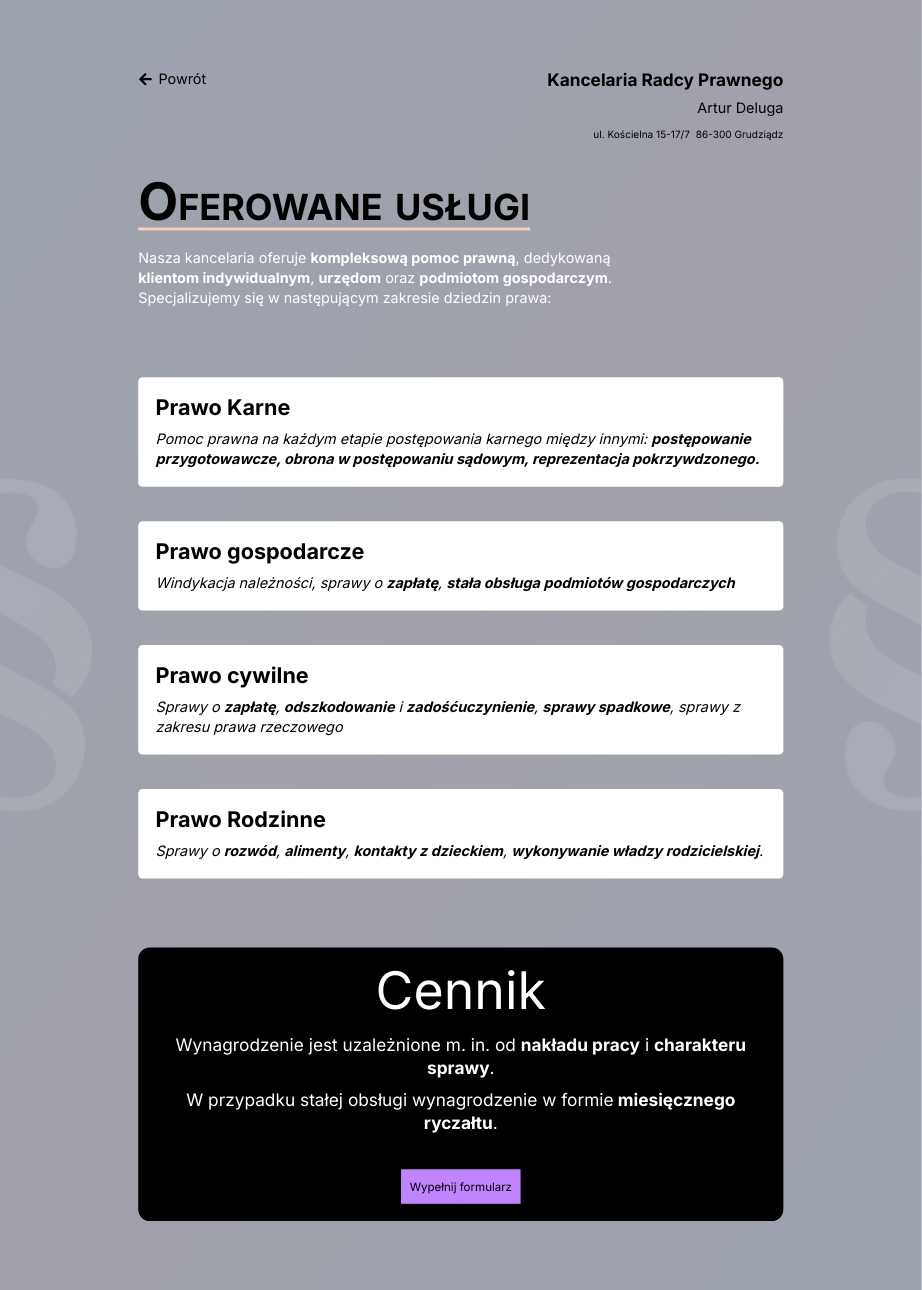
Repository: wesiudev/kancelaria-artur-deluga
Page: /oferta
An editor plug-in stored every save of this project. The page is shown before and after the next save, followed by the edit.
The browser window is 1280 px wide. The pictures show the whole page, at 72% of full size.
The project was rebuilt for these pictures with package versions that can differ from the ones it lists, and the page was loaded fresh each time. The framework's server and built-in components were replaced by stand-ins that run in the browser. Also part of the build but not shown: next.config.js.

Above is the page before, as saved 2023-08-09 16:40:20.

After the next save:
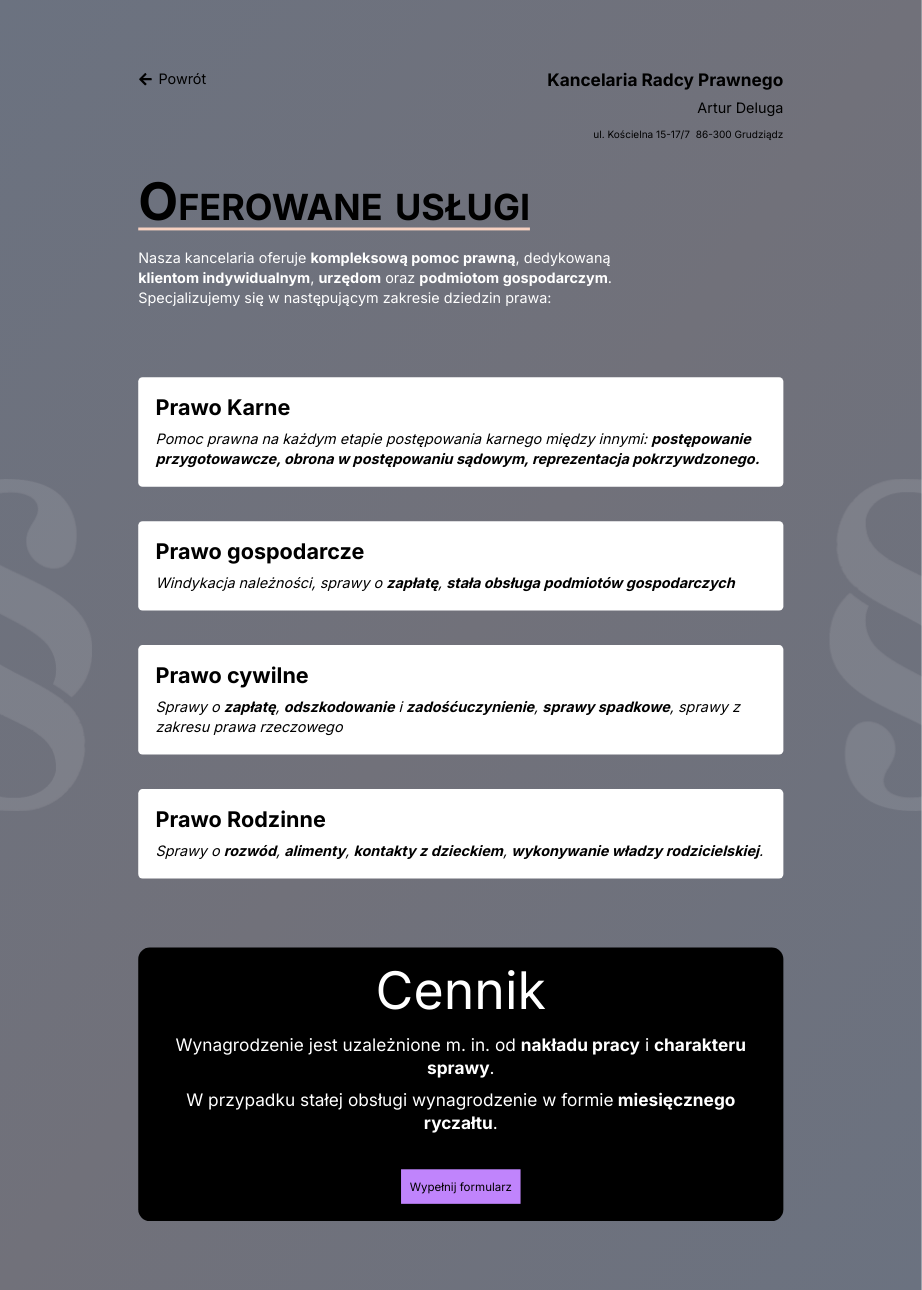
Saved 21 s later.
--- a/app/oferta/page.tsx
+++ b/app/oferta/page.tsx
@@ -30,7 +30,7 @@ export default function OfferMobile() {
     } catch (error) {}
   };
   return (
-    <div className="w-full mx-auto z-[2000] bg-gradient-to-br from-gray-400 via-zinc-400 to-gray-400 overflow-x-hidden text-black">
+    <div className="w-full mx-auto z-[2000] bg-gradient-to-br from-gray-500 via-zinc-500 to-gray-500 overflow-x-hidden text-black">
       <div className="flex flex-col space-x-[100px] min-h-screen items-center py-24">
         <div className="flex flex-col w-[85vw] lg:w-[70vw] 2xl:w-[60vw] min-h-screen justify-center ">
           <Image
